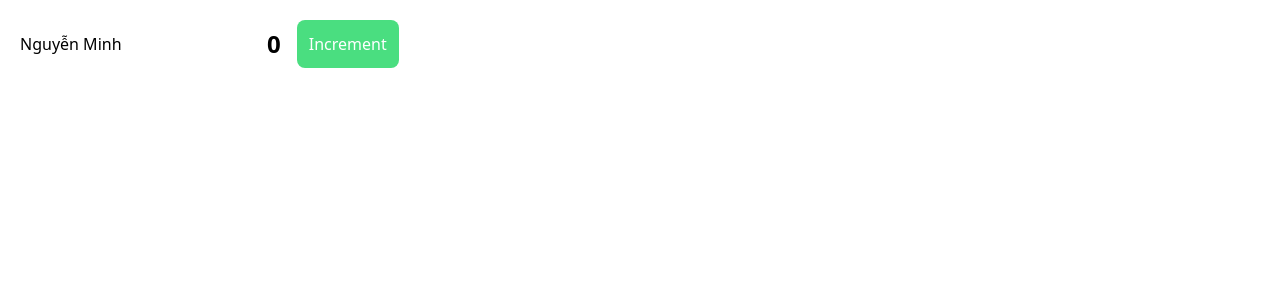
Repository: NguyenMinhThien-sudo/DemoFormPractice
Page: /
These files come from the project's save history. The page is drawn as it stood at one moment and after the next save; the edit follows.
The browser window is 1280 px wide. The pictures show the whole page.
The project was rebuilt for these pictures with package versions that can differ from the ones it lists, and the page was loaded fresh each time. Also part of the build but not shown: vite.config.js.

Above is the page before, as saved 2023-05-11 14:59:04.

### src/App.jsx
import React from "react";
import "./App.css";
import Counter from "./components/counter/Counter";

const App = () => {
  return (
    <div>
      <Counter></Counter>
    </div>
  );
};

export default App;

### src/App.css
*,
*:before,
*:after {
  box-sizing: border-box;
}
* {
  margin: 0;
  padding: 0;
  font: inherit;
}
img,
picture,
svg,
video {
  display: block;
  max-width: 100%;
}
input,
select,
textarea {
  background-color: transparent;
  outline: none;
}
button {
  cursor: pointer;
  background-color: transparent;
  outline: none;
  border: 0;
}
body {
  min-height: 100vh;
  font-weight: 400;
  font-size: 16px;
  line-height: 1;
}

### src/components/counter/Counter.jsx
import React, { useEffect, useState } from "react";

const Counter = () => {
  const [count, setCount] = useState(0);
  const [info, setInfo] = useState({
    firstname: "Nguyễn Minh",
    lastname: "Thiện",
  });
  // const handleIncrement = () => {
  //   setTimeout(function delay() {
  //     setCount((count) => count + 1);
  //   }, 1000);
  // };
  useEffect(() => {
    console.log("from input");
  }, [info]);
  return (
    <div className="p-5 flex gap-x-4 items-center">
      <input
        type="text"
        name="firstname"
        value={info.firstname}
        onChange={(e) =>
          setInfo({
            ...info,
            firstname: e.target.value,
          })
        }
      />
      <span className="text-2xl font-bold">{count}</span>
      <button className="inline-block p-3 bg-green-400 text-white rounded-lg">
        Increment
      </button>
    </div>
  );
};

export default Counter;

### tailwind.config.js
/** @type {import('tailwindcss').Config} */
export default {
  mode: "jit",
  content: ["./index.html", "./src/**/*.{js,ts,jsx,tsx}"],
  theme: {
    extend: {},
  },
  plugins: [],
};

Loaded but not shown: index.html (common file); src/main.jsx (common file); src/index.css (common file)

After the next save:
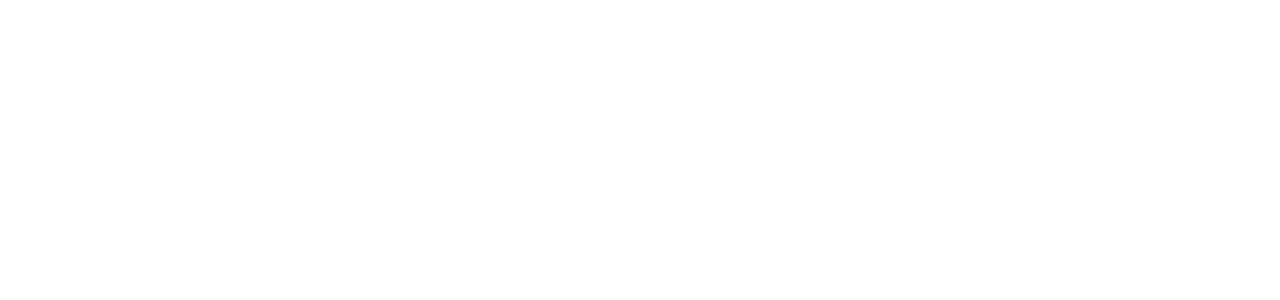
Console error: ReferenceError: count is not defined
Saved 4 s later.
--- a/src/components/counter/Counter.jsx
+++ b/src/components/counter/Counter.jsx
@@ -1,7 +1,7 @@
 import React, { useEffect, useState } from "react";
 
 const Counter = () => {
-  const [count, setCount] = useState(0);
+  // const [count, setCount] = useState(0);
   const [info, setInfo] = useState({
     firstname: "Nguyễn Minh",
     lastname: "Thiện",

After the save that followed:
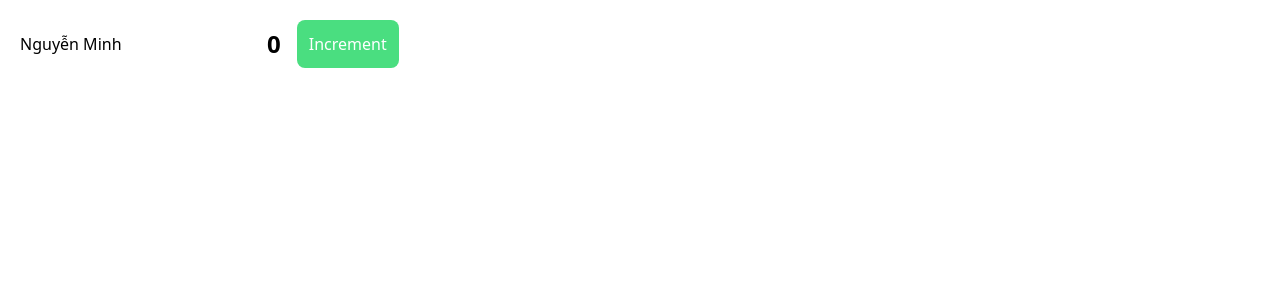
The error is gone.
Saved 5 s later.
--- a/src/components/counter/Counter.jsx
+++ b/src/components/counter/Counter.jsx
@@ -1,7 +1,7 @@
 import React, { useEffect, useState } from "react";
 
 const Counter = () => {
-  // const [count, setCount] = useState(0);
+  const [count, setCount] = useState(0);
   const [info, setInfo] = useState({
     firstname: "Nguyễn Minh",
     lastname: "Thiện",
